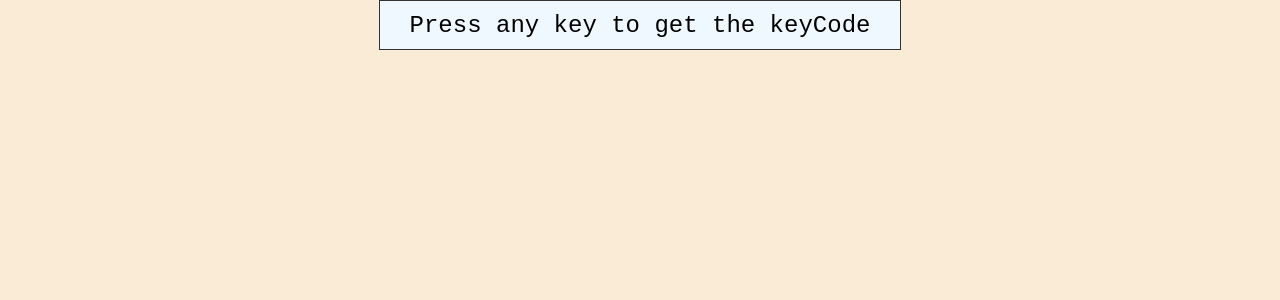
Repository: MMXiaohang/50projects50days-copy
Page: 11-event-keycodes/1-index.html
An editor plug-in stored every save of this project. The page is shown before and after the next save, followed by the edit.
The browser window is 1280 px wide. The pictures show the whole page.

Above is the page before, as saved 2022-07-14 23:18:41.

### 11-event-keycodes/1-index.html
<!DOCTYPE html>
<html lang="en">
<head>
    <meta charset="UTF-8">
    <meta http-equiv="X-UA-Compatible" content="IE=edge">
    <meta name="viewport" content="width=device-width, initial-scale=1.0">
    <link rel="stylesheet" href="./1-style.css">
    <title>Event KeyCodes</title>
</head>
<body>
    <div class="insert">
        <div class="key">
            Press any key to get the keyCode
        </div>
    </div>

    <script src="./1-script.js"></script>
</body>
</html>

### 11-event-keycodes/1-style.css
*{
    box-sizing: border-box;
    margin: 0;
}

body {
    display: flex;
    justify-content: center;
    align-items: center;
    background-color: antiquewhite;
    font-family: 'Courier New', Courier, monospace;
}

.insert {
    display: flex;
    justify-content: center;
    align-items: center;
    padding: 0 30px;
    height: 50px;
    font-size: 24px;
    color: black;
    border: 1px solid #333;
    background-color: aliceblue;
}

Loaded but not shown: 11-event-keycodes/1-script.js (no stored copy; drawn as an empty file)

After the next save:
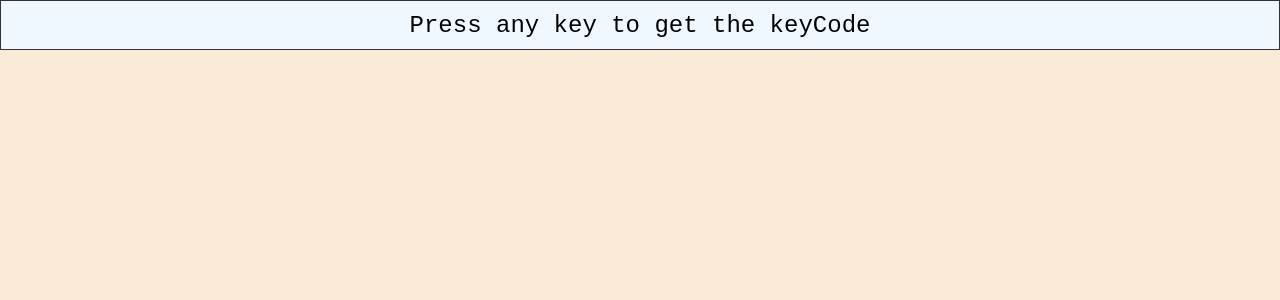
Saved 27 s later.
--- a/11-event-keycodes/1-style.css
+++ b/11-event-keycodes/1-style.css
@@ -4,14 +4,12 @@
 }
 
 body {
-    display: flex;
-    justify-content: center;
-    align-items: center;
     background-color: antiquewhite;
     font-family: 'Courier New', Courier, monospace;
 }
 
 .insert {
+    margin: auto;
     display: flex;
     justify-content: center;
     align-items: center;

After the 4 saves that followed:
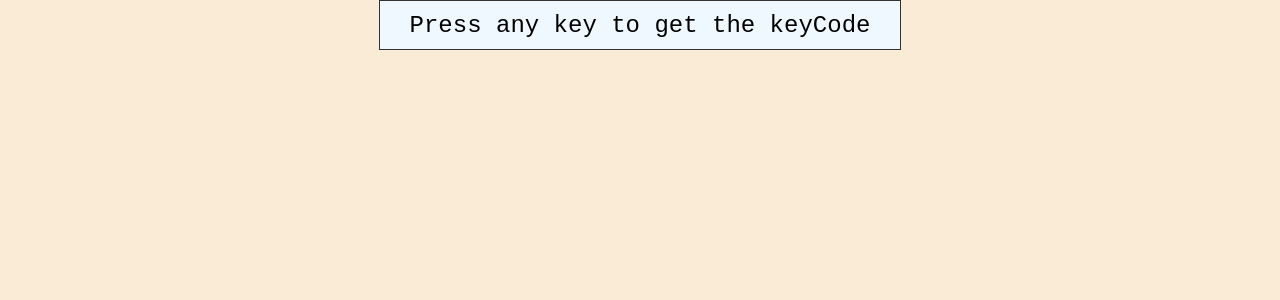
The 4 saves are shown as one change because 3 left the picture as it was.
The last was saved 59 s later.
--- a/11-event-keycodes/1-style.css
+++ b/11-event-keycodes/1-style.css
@@ -4,12 +4,14 @@
 }
 
 body {
+    display: grid;
+    place-items: center;
     background-color: antiquewhite;
     font-family: 'Courier New', Courier, monospace;
 }
 
 .insert {
-    margin: auto;
+
     display: flex;
     justify-content: center;
     align-items: center;
